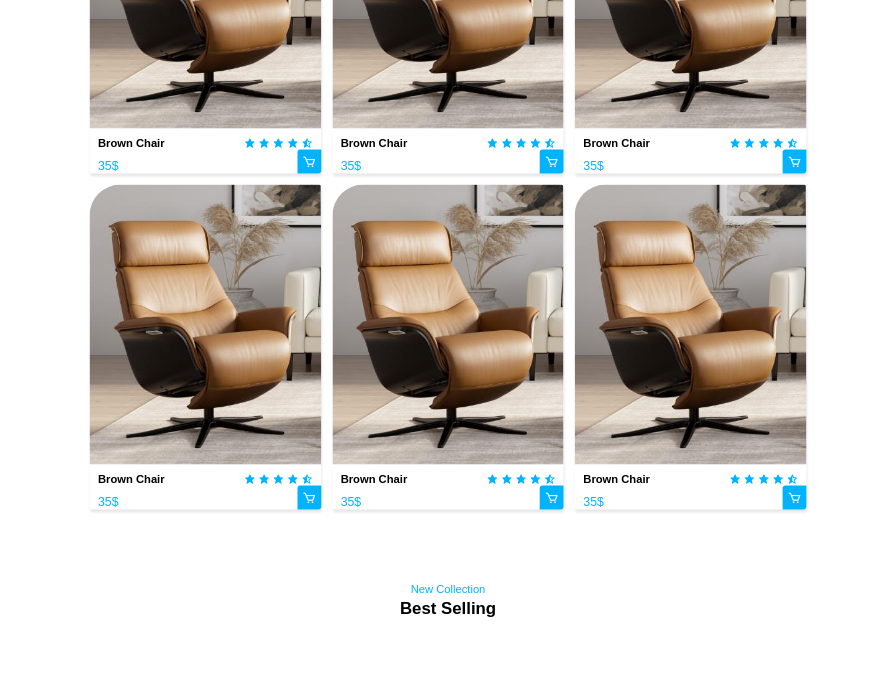
Repository: alishbah7/Choice1
Page: index.html
An editor plug-in stored every save of this project. The page is shown before and after the next save, followed by the edit.
The browser window is 1280 px wide. The pictures show the part of the page from y = 1084 to 3004 px (the page is 2060 px tall before and 3004 px after), at 70% of full size.
Backgrounds fixed to the window are drawn as part of the page.

Above is the page before, as saved 2024-11-24 10:11:05.

After the next save:
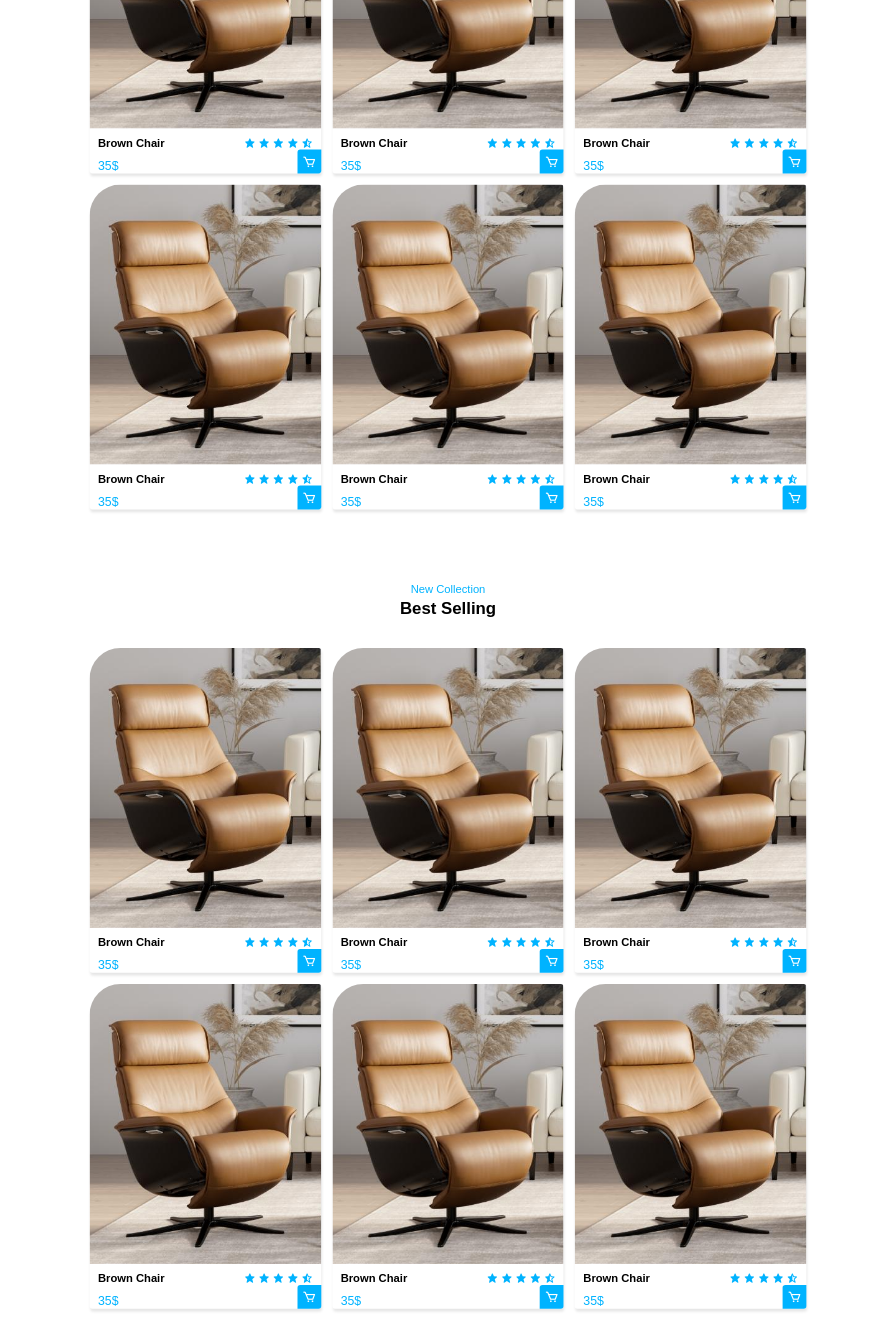
Saved 2 min 8 s later.
--- a/index.html
+++ b/index.html
@@ -162,9 +162,116 @@
         </div>
     <!------------ content ------------>
     <div class="new-container">
-
+        <!------------ box1 ------------>
+        <div class="box">
+            <div class="box-img">
+                <img src="img/img1.jpg" alt="">
+            </div>
+            <div class="title-price">
+                <h3>Brown Chair</h3>
+                <div class="stars">
+                    <i class="bx bxs-star"></i>
+                    <i class="bx bxs-star"></i>
+                    <i class="bx bxs-star"></i>
+                    <i class="bx bxs-star"></i>
+                    <i class="bx bxs-star-half"></i>
+                </div>
+            </div>
+            <span>35$</span>
+            <i class="bx bx-cart"></i>
+        </div>
+        <!------------ box2 ------------>
+        <div class="box">
+            <div class="box-img">
+                <img src="img/img1.jpg" alt="">
+            </div>
+            <div class="title-price">
+                <h3>Brown Chair</h3>
+                <div class="stars">
+                    <i class="bx bxs-star"></i>
+                    <i class="bx bxs-star"></i>
+                    <i class="bx bxs-star"></i>
+                    <i class="bx bxs-star"></i>
+                    <i class="bx bxs-star-half"></i>
+                </div>
+            </div>
+            <span>35$</span>
+            <i class="bx bx-cart"></i>
+        </div>
+        <!------------ box3 ------------>
+        <div class="box">
+            <div class="box-img">
+                <img src="img/img1.jpg" alt="">
+            </div>
+            <div class="title-price">
+                <h3>Brown Chair</h3>
+                <div class="stars">
+                    <i class="bx bxs-star"></i>
+                    <i class="bx bxs-star"></i>
+                    <i class="bx bxs-star"></i>
+                    <i class="bx bxs-star"></i>
+                    <i class="bx bxs-star-half"></i>
+                </div>
+            </div>
+            <span>35$</span>
+            <i class="bx bx-cart"></i>
+        </div>
+        <!------------ box4 ------------>
+        <div class="box">
+            <div class="box-img">
+                <img src="img/img1.jpg" alt="">
+            </div>
+            <div class="title-price">
+                <h3>Brown Chair</h3>
+                <div class="stars">
+                    <i class="bx bxs-star"></i>
+                    <i class="bx bxs-star"></i>
+                    <i class="bx bxs-star"></i>
+                    <i class="bx bxs-star"></i>
+                    <i class="bx bxs-star-half"></i>
+                </div>
+            </div>
+            <span>35$</span>
+            <i class="bx bx-cart"></i>
+        </div>
+        <!------------ box5 ------------>
+        <div class="box">
+            <div class="box-img">
+                <img src="img/img1.jpg" alt="">
+            </div>
+            <div class="title-price">
+                <h3>Brown Chair</h3>
+                <div class="stars">
+                    <i class="bx bxs-star"></i>
+                    <i class="bx bxs-star"></i>
+                    <i class="bx bxs-star"></i>
+                    <i class="bx bxs-star"></i>
+                    <i class="bx bxs-star-half"></i>
+                </div>
+            </div>
+            <span>35$</span>
+            <i class="bx bx-cart"></i>
+        </div>
+        <!------------ box6 ------------>
+        <div class="box">
+            <div class="box-img">
+                <img src="img/img1.jpg" alt="">
+            </div>
+            <div class="title-price">
+                <h3>Brown Chair</h3>
+                <div class="stars">
+                    <i class="bx bxs-star"></i>
+                    <i class="bx bxs-star"></i>
+                    <i class="bx bxs-star"></i>
+                    <i class="bx bxs-star"></i>
+                    <i class="bx bxs-star-half"></i>
+                </div>
+            </div>
+            <span>35$</span>
+            <i class="bx bx-cart"></i>
+        </div>
     </div>
-    </section>
+</section>
 
 
 </body>
